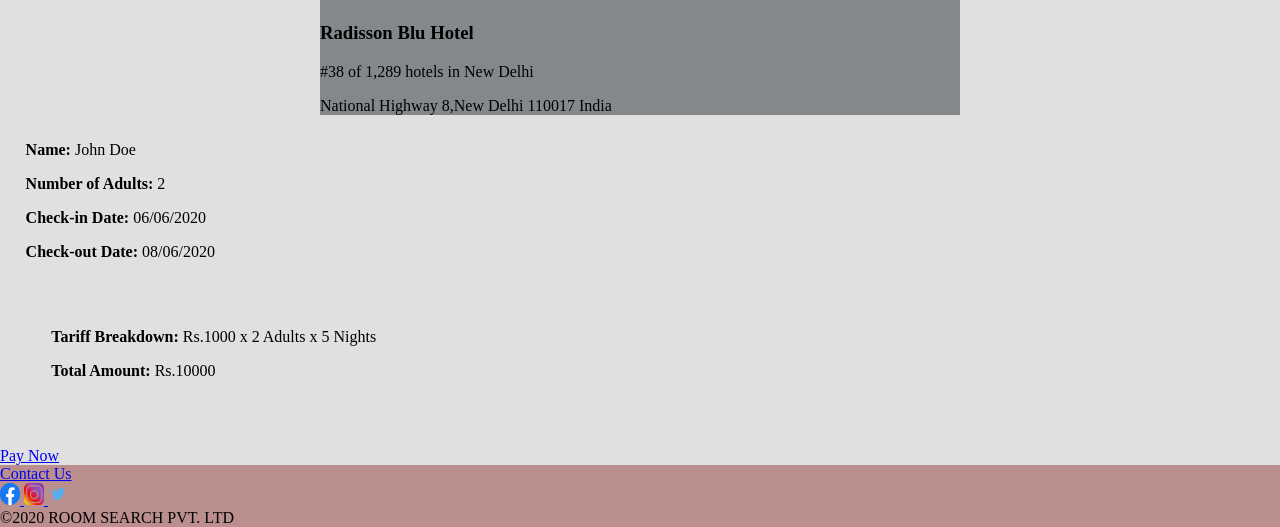
Repository: Aditya-work/Hotel-Booking-Website
Page: payment.html
These files come from the project's save history. The page is drawn as it stood at one moment and after the next save; the edit follows.
The browser window is 1280 px wide. The pictures show the part of the page from y = 590 to 1137 px (the page is 1117 px tall before and 1137 px after).

Above is the page before, as saved 2020-07-14 14:44:59.

### payment.html
<!DOCTYPE html>
<html lang="en">
<head>
    <meta charset="UTF-8">
    <meta name="viewport" content="width=device-width, initial-scale=1.0">
    <title>Payment</title>
    <link rel="stylesheet" href="./styles/common.css">
    <link rel="stylesheet" href="./styles/payment.css">
</head>
<body>
   <!-- Wrap Div -->
    <div class="main">

        <!-- Header -->
        <header>
            <a href="./index.html">
                <img src="./assests/images/logo.png" alt="logo"/>
            </a>
            <a href="./login.html" target="_blank">Login</a>
        </header>

        <!-- Content -->
        <div class="content">
            <div class="hotel-details">
                <img src="https://media-cdn.tripadvisor.com/media/photo-w/17/b3/09/b4/by-the-poolside.jpg"
                    alt="Radisson Blu Hotel"/>
                <br>
                <h3>Radisson Blu Hotel</h3>
                <div class="address">
                    <p>#38 of 1,289 hotels in New Delhi</p>
                    <p>National Highway 8,New Delhi 110017 India</p>
                </div>
            </div>
            <div class="customer-details">
                <p><b>Name:</b> John Doe</p>
                <p><b>Number of Adults:</b> 2</p>
                <p><b>Check-in Date:</b> 06/06/2020</p>
                <p><b>Check-out Date:</b> 08/06/2020</p>
            </div>
            <div class="payment-details">
                <p><b>Tariff Breakdown:</b> Rs.1000 x 2 Adults x 5 Nights</p>
                <p><b>Total Amount:</b> Rs.10000</p>
            </div>
            <a href="#">Pay Now</a>
        </div>
        <!-- Footer -->
        <footer>
            <div>
                <a href="./contact.html" target="_self">Contact Us</a>
            </div>
            <div class="social-media-icons">
                <a href="https://www.facebook.com/"  target="_blank">
                    <img src="./assests/images/facebook.png" alt="Fackbook"/>
                </a>
                <a href="https://www.instagram.com/"  target="_blank">
                    <img src="./assests/images/instagram.png" alt="Instagram"/>
                </a>
                <a href="https://www.twitter.com/"  target="_blank">
                    <img src="./assests/images/twitter.png" alt="Twitter"/>
                </a>
            </div>
            <div><span>&copy;2020 ROOM SEARCH PVT. LTD</span></div>
        </footer>
    </div>
</body>
</html>

### styles/common.css
/* *{
    margin: 0;
    padding: 0;
} */

body, .main{
    width: 100vw;
    height: 100vh;
    background-color: #e0e0e0;
    margin: 0;
    padding: 0;
}

header,footer{
    background-color: rosybrown;
}

/******************* Header ******************/

header img{
    width: 60px;
    height: 60px;
}

/******************* Footer ******************/

footer a img{
    width: 20px;
    height: 22px;
}

### styles/payment.css

.hotel-details img{
    width: 500px;
    height:500px;
}

.hotel-details{
    background-color: rgb(132,136,139);
    width: 50%;
    height:20%;
    margin: 2% auto;
}

.customer-details{
    margin: 2%;
}

.payment-details{
    margin: 2%;
    padding: 2%;
    border: 2% solid black;
    border-radius: 4%;
}

After the next save:
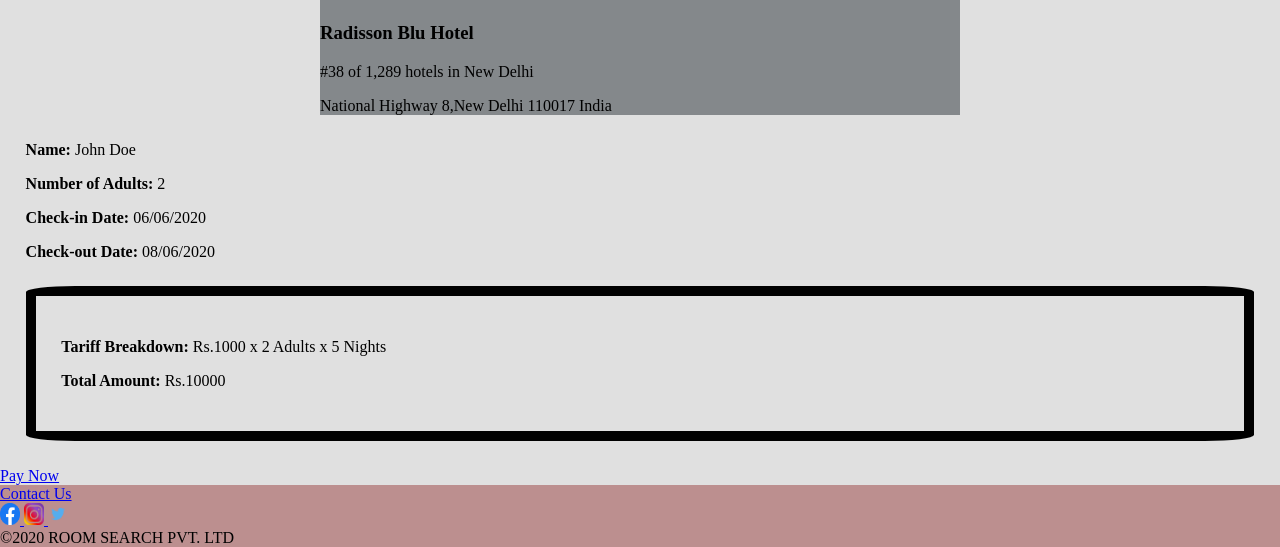
Saved 4 s later.
--- a/styles/payment.css
+++ b/styles/payment.css
@@ -18,6 +18,6 @@
 .payment-details{
     margin: 2%;
     padding: 2%;
-    border: 2% solid black;
+    border: 10px solid black;
     border-radius: 4%;
 }
